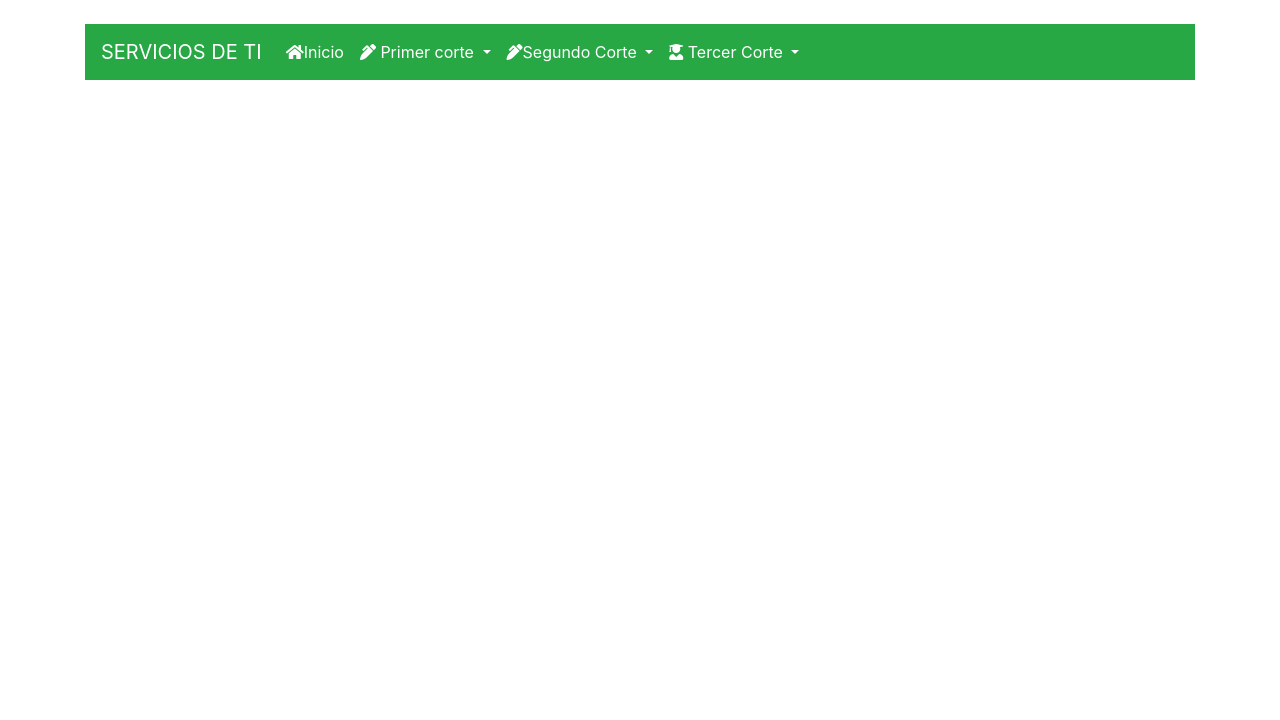
Repository: DavidGomMar/equipo_7
Page: index.html
The author's editor kept a copy of each file at every save. The page is drawn from the files as they stood at one save, then again after the next save.
The browser window is 1280 px wide. The pictures show the whole page.
Some web libraries are served in a nearby version.

Above is the page before, as saved 2022-09-19 09:56:16.

### index.html
<!DOCTYPE html>
<html lang="en">
<head>
    <meta charset="UTF-8">
    <meta name="viewport" content="width=device-width, initial-scale=1.0">
    <meta http-equiv="X-UA-Compatible" content="IE=edge">
    <link href="css/bootstrap.min.css" rel="stylesheet" type="text/css">
    <link href="css/bootstrap.css" rel="stylesheet" type="text/css">
    <link href="css/alertify.core.css" rel="stylesheet" type="text/css">
    <link href="css/alertify.default.css" rel="stylesheet" type="text/css">
    <link href="css/jquery.dataTables.min.css" rel="stylesheet" type="text/css">
    <link href="css/estilos.css" rel="stylesheet" type="text/css">

    <script src="js/jquery.js" type="text/javascript"></script>
    <script src="js/funciones.js" type="text/javascript"></script>
    <script src="js/alertify.js" type="text/javascript"></script>
    <script src="js/bootstrap.js" type="text/javascript"></script>
    <script src="js/bootstrap.min.js" type="text/javascript"></script>
    <script src="js/jquery.dataTables.min.js" type="text/javascript"></script>
    <link rel="stylesheet" href="https://use.fontawesome.com/releases/v5.8.1/css/all.css"
    integrity="sha384-50oBUHEmvpQ+1lW4y57PTFmhCaXp0ML5d60M1M7uH2+nqUivzIebhndOJK28anvf" crossorigin="anonymous">
    <link rel="stylesheet" href="https://cdnjs.cloudflare.com/ajax/libs/animate.css/4.0.0/animate.min.css">
    <title>Equipo 7</title>
</head>

<body>
    <br>
    <div class="container">
        <nav class="navbar navbar-expand-lg navbar-dark bg-success" id="Nav">
            <a class="navbar-brand" href="#">SERVICIOS DE TI</a>
            <button class="navbar-toggler" type="button" data-toggle="collapse" data-target="#navbarNavDropdown"
            aria-controls="navbarNavDropdown" aria-expanded="false" aria-label="Toggle navigation">
            <span class="navbar-toggler-icon"></span></button>
            <!--apartado menu-->
            <div class="collapse navbar-collapse" id="navbarNavDropdown">
                <ul class="navbar-nav">
                    <a class="nav-link" href="#" id="menuInicio" style="color: white;">
                    <span class="fas fa-home"></span>Inicio</a>
                    <li class="nav-item dropdown" >
                        <a class="nav-link dropdown-toggle" href="" data-toggle="dropdown" style="color: white;">
                            <i class="fas fa-pen-alt"></i> Primer corte
                        </a>
                        <div class="dropdown-menu">
                            <a class="dropdown-item" href="#" id="menuMostrarUsuario"><i class="fas fa-book-open"></i> Trabajos en equipo </a>
                            <a class="dropdown-item" href="#" id="menuAgregarUsuario"><i class="fas fa-bookmark"></i> Luis Antonio de Jesús López </a>
                            <a class="dropdown-item" href="#" id="menuMostrarUsuario"><i class="fas fa-bookmark"></i> Eduardo Félix Alba </a>
                            <a class="dropdown-item" href="#" id="menuMostrarUsuario"><i class="fas fa-bookmark"></i> David González Martínez </a>
                            <a class="dropdown-item" href="#" id="menuMostrarUsuario"><i class="fas fa-bookmark"></i> José Alex Reyes Juaréz </a>
                        </div>
                    </li>
                    <li class="nav-item dropdown" >
                        <a class="nav-link dropdown-toggle" href="#" data-toggle="dropdown" style="color: white;">
                            <i class="fas fa-pen-alt"></i>Segundo Corte
                        </a>
                        <div class="dropdown-menu" aria-labelledby="navbarDropDownMenuLink">
                            <a class="dropdown-item" href="#" id="menuMostrarUsuario"><i class="fas fa-book-open"></i> Trabajos en equipo </a>
                            <a class="dropdown-item" href="#" id="menuAgregarUsuario"><i class="fas fa-bookmark"></i> Luis Antonio de Jesús López </a>
                            <a class="dropdown-item" href="#" id="menuMostrarUsuario"><i class="fas fa-bookmark"></i> Eduardo Félix Alba </a>
                            <a class="dropdown-item" href="#" id="menuMostrarUsuario"><i class="fas fa-bookmark"></i> David González Martínez </a>
                            <a class="dropdown-item" href="#" id="menuMostrarUsuario"><i class="fas fa-bookmark"></i> José Alex Reyes Juaréz </a>
                        </div>
                    </li>
                    </li>
                        <li class="nav-item dropdown" >
                        <a class="nav-link dropdown-toggle" href="#" data-toggle="dropdown" style="color: white;">
                            <i class="fas fa-user-graduate"></i> Tercer Corte
                        </a>
                        <div class="dropdown-menu" aria-labelledby="navbarDropDownMenuLink">
                            <a class="dropdown-item" href="#" id="menuMostrarUsuario"><i class="fas fa-book-open"></i> Trabajos en equipo </a>
                            <a class="dropdown-item" href="#" id="menuAgregarUsuario"><i class="fas fa-bookmark"></i> Luis Antonio de Jesús López </a>
                            <a class="dropdown-item" href="#" id="menuMostrarUsuario"><i class="fas fa-bookmark"></i> Eduardo Félix Alba </a>
                            <a class="dropdown-item" href="#" id="menuMostrarUsuario"><i class="fas fa-bookmark"></i> David González Martínez </a>
                            <a class="dropdown-item" href="#" id="menuMostrarUsuario"><i class="fas fa-bookmark"></i> José Alex Reyes Juaréz </a>
                        </div>
                    </li>

                </ul>
            </div>
            <!--Fin Menu-->
        </nav>
        <br>

</body>
</html>

### css/alertify.core.css
.alertify-show,
.alertify-log {
	-webkit-transition: all 500ms cubic-bezier(0.175, 0.885, 0.320, 1); /* older webkit */
	-webkit-transition: all 500ms cubic-bezier(0.175, 0.885, 0.320, 1.275);
	   -moz-transition: all 500ms cubic-bezier(0.175, 0.885, 0.320, 1.275);
	    -ms-transition: all 500ms cubic-bezier(0.175, 0.885, 0.320, 1.275);
	     -o-transition: all 500ms cubic-bezier(0.175, 0.885, 0.320, 1.275);
	        transition: all 500ms cubic-bezier(0.175, 0.885, 0.320, 1.275); /* easeOutBack */
}
.alertify-hide {
	-webkit-transition: all 250ms cubic-bezier(0.600, 0, 0.735, 0.045); /* older webkit */
	-webkit-transition: all 250ms cubic-bezier(0.600, -0.280, 0.735, 0.045);
	   -moz-transition: all 250ms cubic-bezier(0.600, -0.280, 0.735, 0.045);
	    -ms-transition: all 250ms cubic-bezier(0.600, -0.280, 0.735, 0.045);
	     -o-transition: all 250ms cubic-bezier(0.600, -0.280, 0.735, 0.045);
	        transition: all 250ms cubic-bezier(0.600, -0.280, 0.735, 0.045); /* easeInBack */
}
.alertify-cover {
	position: fixed; z-index: 99999;
	top: 0; right: 0; bottom: 0; left: 0;
}
.alertify {
	position: fixed; z-index: 99999;
	top: 50px; left: 50%;
	width: 550px;
	margin-left: -275px;
}
	.alertify-hidden {
		top: -50px;
		visibility: hidden;
	}
.alertify-logs {
	position: fixed;
	z-index: 5000;
	bottom: 10px;
	right: 10px;
	width: 300px;
}
	.alertify-log {
		display: block;
		margin-top: 10px;
		position: relative;
		right: -300px;
	}
	.alertify-log-show {
		right: 0;
	}
	.alertify-dialog {
		padding: 25px;
	}
		.alertify-resetFocus {
			border: 0;
			clip: rect(0 0 0 0);
			height: 1px;
			margin: -1px;
			overflow: hidden;
			padding: 0;
			position: absolute;
			width: 1px;
		}
		.alertify-inner {
			text-align: center;
		}
		.alertify-text {
			margin-bottom: 15px;
			width: 100%;
			-webkit-box-sizing: border-box;
			   -moz-box-sizing: border-box;
			        box-sizing: border-box;
			font-size: 100%;
		}
		.alertify-buttons {
		}
			.alertify-button {
				/* line-height and font-size for input button */
				line-height: 1.5;
				font-size: 100%;
				display: inline-block;
				cursor: pointer;
				margin-left: 5px;
			}

@media only screen and (max-width: 680px) {
	.alertify,
	.alertify-logs {
		width: 90%;
		-webkit-box-sizing: border-box;
		   -moz-box-sizing: border-box;
		        box-sizing: border-box;
	}
	.alertify {
		left: 5%;
		margin: 0;
	}
}

### css/alertify.default.css
/**
 * Default Look and Feel
 */
.alertify,
.alertify-log {
	font-family: sans-serif;
}
.alertify {
	background: #FFF;
	border: 10px solid #333; /* browsers that don't support rgba */
	border: 10px solid rgba(0,0,0,.7);
	border-radius: 8px;
	box-shadow: 0 3px 3px rgba(0,0,0,.3);
	-webkit-background-clip: padding;     /* Safari 4? Chrome 6? */
	   -moz-background-clip: padding;     /* Firefox 3.6 */
	        background-clip: padding-box; /* Firefox 4, Safari 5, Opera 10, IE 9 */
}
.alertify-text {
	border: 1px solid #CCC;
	padding: 10px;
	border-radius: 4px;
}
.alertify-button {
	border-radius: 4px;
	color: #FFF;
	font-weight: bold;
	padding: 6px 15px;
	text-decoration: none;
	text-shadow: 1px 1px 0 rgba(0,0,0,.5);
	box-shadow: inset 0 1px 0 0 rgba(255,255,255,.5);
	background-image: -webkit-linear-gradient(top, rgba(255,255,255,.3), rgba(255,255,255,0));
	background-image:    -moz-linear-gradient(top, rgba(255,255,255,.3), rgba(255,255,255,0));
	background-image:     -ms-linear-gradient(top, rgba(255,255,255,.3), rgba(255,255,255,0));
	background-image:      -o-linear-gradient(top, rgba(255,255,255,.3), rgba(255,255,255,0));
	background-image:         linear-gradient(top, rgba(255,255,255,.3), rgba(255,255,255,0));
}
.alertify-button:hover,
.alertify-button:focus {
	outline: none;
	box-shadow: 0 0 15px #2B72D5;
	background-image: -webkit-linear-gradient(top, rgba(0,0,0,.1), rgba(0,0,0,0));
	background-image:    -moz-linear-gradient(top, rgba(0,0,0,.1), rgba(0,0,0,0));
	background-image:     -ms-linear-gradient(top, rgba(0,0,0,.1), rgba(0,0,0,0));
	background-image:      -o-linear-gradient(top, rgba(0,0,0,.1), rgba(0,0,0,0));
	background-image:         linear-gradient(top, rgba(0,0,0,.1), rgba(0,0,0,0));
}
.alertify-button:active {
	position: relative;
	top: 1px;
}
	.alertify-button-cancel {
		background-color: #FE1A00;
		border: 1px solid #D83526;
	}
	.alertify-button-ok {
		background-color: #5CB811;
		border: 1px solid #3B7808;
	}
.alertify-log {
	background: #1F1F1F;
	background: rgba(0,0,0,.9);
	padding: 15px;
	border-radius: 4px;
	color: #FFF;
	text-shadow: -1px -1px 0 rgba(0,0,0,.5);
}
	.alertify-log-error {
		background: #FE1A00;
		background: rgba(254,26,0,.9);
	}
	.alertify-log-success {
		background: #5CB811;
		background: rgba(92,184,17,.9);
	}

### css/estilos.css
h1 {
	text-align: center;
	padding: 12px;
}

/* Formulario */
.main-section{
    margin:0 auto;
    margin-top:25%;
    padding: 0;
}

.modal-content{
    background-color: #3b4652;
    opacity: .85;
    padding: 0 20px;
    box-shadow: 0px 0px 3px #848484;
}
.user-img{
    margin-top: -60px;
    margin-bottom: 35px;
}

.user-img img{
    width: 100xp;
    height: 100px;
    box-shadow: 0px 0px 3px #848484;
    border-radius: 50%;
}

.Login input{
    height: 42px;
    font-size: 18px;
    border: 1px;;
    padding-left: 54px;
    border-radius: 5px;
}

.Login::before{
    font-family: "Font Awesome\ 5 Free";
    font-weight: 900;
    position: absolute;
    left: 28px;
    font-size: 22px;
    padding-top:4px;
}

.Login#user-group::before{
    content: "\f007";
}

.Login#password-group::before{
    content: "\f023";
}

### js/funciones.js
$(document).ready(function(){
    $("#menuInicio").click(function(event){
        $("#divInicio").show(1000);
        $("#divAgregarUsuario").hide(1000);
        $("#divMostrarUsuarios").hide(1000);
        $("#divAgregarEquipo").hide(1000);
        $("#divMostrarEquipos").hide(1000);
        $("#divAsignarEquipo").hide(1000);
        $("#divMostrarEquiposAsignados").hide(1000);
        $("#divMostrarEquiposElimiandos").hide(1000);
        $("#divEmpleados").hide(1000);
        $("#divDepartamentos").hide(1000);
    });


});

Loaded but not shown: css/bootstrap.min.css (library); css/bootstrap.css (library); css/jquery.dataTables.min.css (library); js/jquery.js (library); js/bootstrap.js (library); js/bootstrap.min.js (library); js/jquery.dataTables.min.js (library); js/alertify.js (467 lines, source omitted)

After the next save:
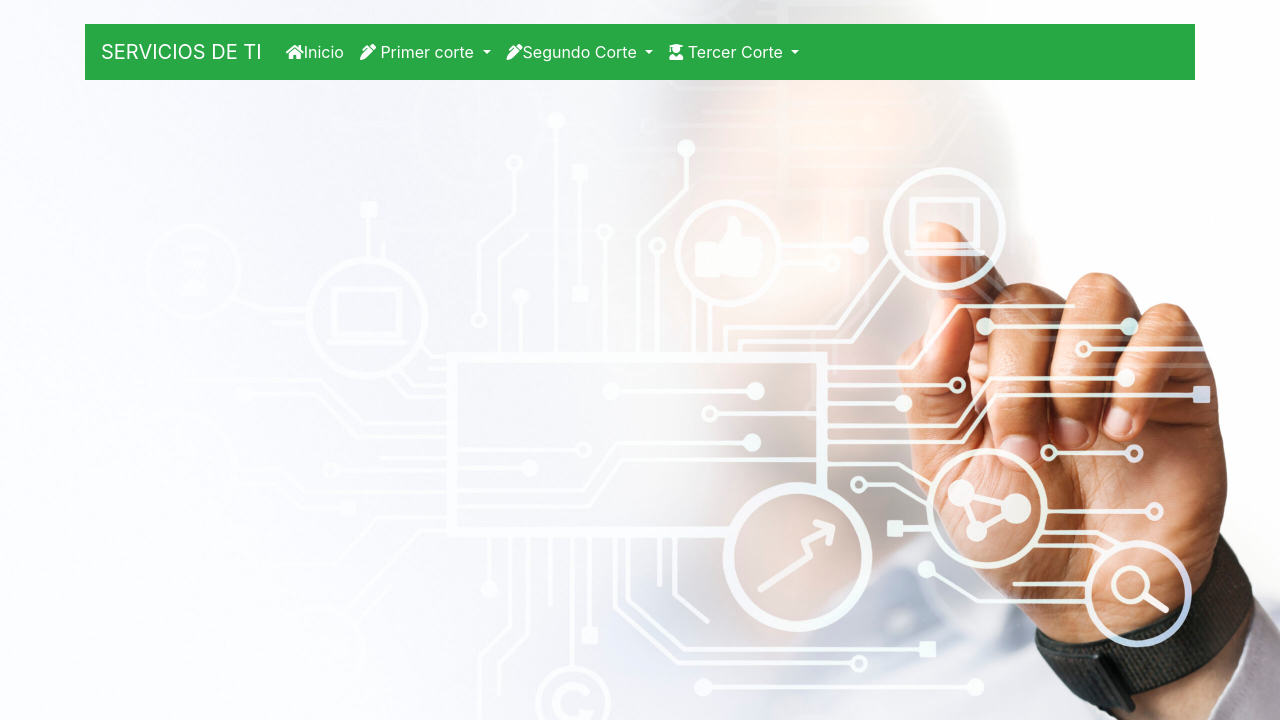
Saved 12 s later.
--- a/index.html
+++ b/index.html
@@ -22,7 +22,13 @@
     <link rel="stylesheet" href="https://cdnjs.cloudflare.com/ajax/libs/animate.css/4.0.0/animate.min.css">
     <title>Equipo 7</title>
 </head>
-
+<style>
+    body{
+        background:url(img/fondo.jpg);
+        background-repeat: no-repeat;
+        background-size: cover;
+    }
+</style>
 <body>
     <br>
     <div class="container">
